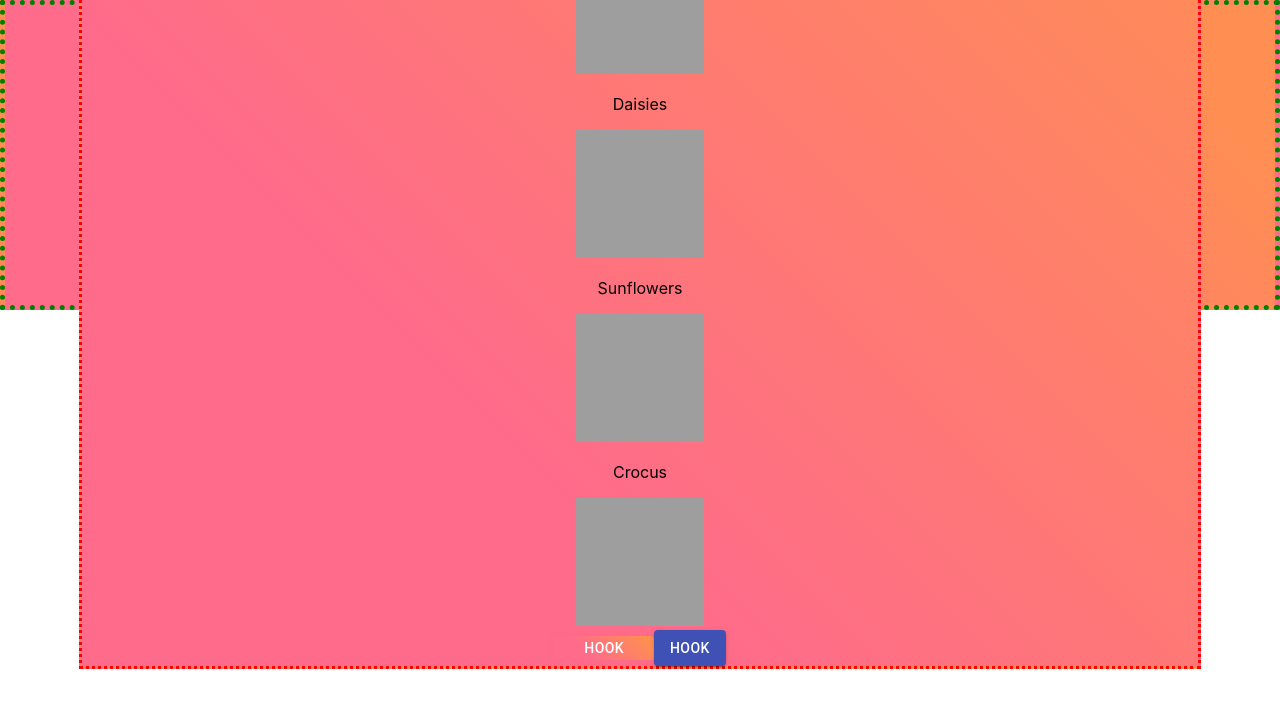
Repository: DevLuDaley/react-flower-shop
Page: /
An editor plug-in stored every save of this project. The page is shown before and after the next save, followed by the edit.
The browser window is 1280 px wide. The pictures show the whole page.
Pictures or frames that could not be fetched are drawn as grey boxes. The project was rebuilt for these pictures with package versions that can differ from the ones it lists, and the page was loaded fresh each time.

Above is the page before, as saved 2021-02-19 21:47:45.

### src/App.js
// import './App.css';
import Grid from '@material-ui/core/Grid';
import Container from '@material-ui/core/Container';
import { makeStyles } from '@material-ui/core/styles';

// // or
// import { Grid } from '@material-ui/core';
//  import FlowerGallery from './components/FlowerGallery'
 import FlowersContainer from './Containers/FlowersContainer'


const useStyles = makeStyles({
  root: {
    background: 'linear-gradient(45deg, #FE6B8B 30%, #FF8E53 90%)',
    display: 'flex',
    justifyContent: 'center',
    alignItems: 'center',
    textAlign: 'center',
    height: '200px',
    border: '5px dotted green',
    padding: '50px'
  },
});

function App() {
  const classes = useStyles();
  return (
    <Grid className={classes.root}>
      <Container>
      <FlowersContainer/>
        {/* <FlowerGallery/> */}
      </Container>
    </Grid>
  );
}

export default App;

### src/Containers/FlowersContainer.js
import React from 'react';
import Grid from '@material-ui/core/Grid';
import Container from '@material-ui/core/Container';
import { makeStyles } from '@material-ui/core/styles';


import FlowerGallery from '../components/FlowerGallery'


const useStyles = makeStyles({
  root: {
    background: 'linear-gradient(45deg, #FE6B8B 30%, #FF8E53 90%)',
    // border: 0,
    // borderRadius: 3,
    // boxShadow: '0 3px 5px 2px rgba(255, 105, 135, .3)',
    // color: 'white',
    // height: "auto",
    padding: '0 30px',
    // display: 'flex',
    justifyContent: 'center',
    alignItems: 'center',
    textAlign: 'center',
    // height: '200px',
    border: '3px dotted red'
  },
});


const FlowersContainer = () => {
    const classes = useStyles();
    return (

        <Grid>
            <Container className={classes.root}>
                <FlowerGallery/>
            </Container>
        </Grid>


     );
}

export default FlowersContainer;

### src/components/FlowerGallery.js
import React from 'react';
import { makeStyles } from '@material-ui/core/styles';

// import FlowerGalleryStyles from './FlowerGalleryStyles'
// import Button from materialmaterial
import Button from '@material-ui/core/Button';
import Container from '@material-ui/core/Container';

const useStyles = makeStyles({
  root: {
    background: 'linear-gradient(45deg, #FE6B8B 30%, #FF8E53 90%)',
    border: 0,
    borderRadius: 3,
    boxShadow: '0 3px 5px 2px rgba(255, 105, 135, .3)',
    color: 'white',
    // height: 48,
    padding: '0 30px',
  },
});

const FlowerGallery = () => {
      const classes = useStyles();
    // const classes = FlowerGalleryStyles()

const flowerList = [
  {id: 1, name: 'Red Roses', imageUrl: 'https://images.unsplash.com/photo-1548094967-e25a127d1f6d?ixid=MXwxMjA3fDB8MHxwaG90by1wYWdlfHx8fGVufDB8fHw%3D&ixlib=rb-1.2.1&auto=format&fit=crop&w=1137&q=80' , rating: 5},
  {id: 2, name: 'Tulips', imageUrl: 'https://images.unsplash.com/photo-1610444028097-40d9858bb44f?ixid=MXwxMjA3fDB8MHxwaG90by1wYWdlfHx8fGVufDB8fHw%3D&ixlib=rb-1.2.1&auto=format&fit=crop&w=1234&q=80', rating: 4},
  {id: 3, name: 'Daisies', imageUrl: 'https://images.unsplash.com/photo-1607061868914-e38515be98cb?ixid=MXwxMjA3fDB8MHxwaG90by1wYWdlfHx8fGVufDB8fHw%3D&ixlib=rb-1.2.1&auto=format&fit=crop&w=1091&q=80', rating: 4},
  {id: 4, name: 'Sunflowers', imageUrl: 'https://images.unsplash.com/photo-1598459832065-1e43b2283799?ixid=MXwxMjA3fDB8MHxzZWFyY2h8Nnx8c3VuZmxvd2VyJTIwYm9xdWV0fGVufDB8fDB8&ixlib=rb-1.2.1&auto=format&fit=crop&w=1200&q=60', rating: 5},
  {id: 5, name: 'Crocus', imageUrl: 'public/images/red-roses-bhttps://images.unsplash.com/photo-1488979246948-f4b573b1fae8?ixid=MXwxMjA3fDB8MHxzZWFyY2h8NXx8Y3JvY3VzfGVufDB8fDB8&ixlib=rb-1.2.1&auto=format&fit=crop&w=1200&q=60', rating: 5}

]

    return (
        <Container>
        <h1>This is a flower Gallery</h1>
        <section className="flower-cards">
        {flowerList ? flowerList.map(flower =>
          <div>
              <p>{flower.name}</p>
              <img src={flower.imageUrl} alt='photo of red roses' style={{width:"128px", height: "128px"}}></img>
          </div>
        )
        : <p className="no-data-message"> No Flowers Yet</p>
        }


        </section>
        <Button className={classes.root}>Hook</Button>
        <Button variant="contained" color="primary">Hook</Button>
      </Container>
      );
}

export default FlowerGallery;
// FlowerGalleryStyles

Loaded but not shown: public/index.html (common file); src/index.js (common file); src/index.css (common file); src/reportWebVitals.js (common file)

After the next save:
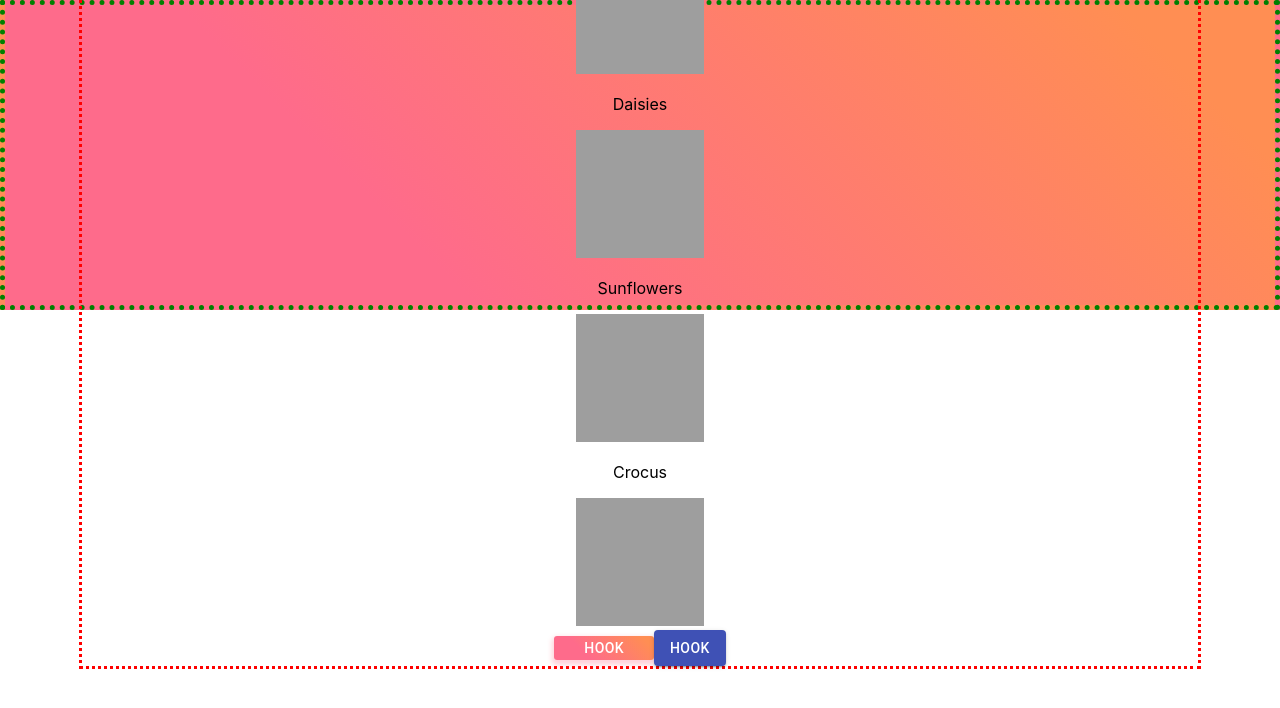
Saved 14 s later.
--- a/src/Containers/FlowersContainer.js
+++ b/src/Containers/FlowersContainer.js
@@ -9,7 +9,7 @@
 
 const useStyles = makeStyles({
   root: {
-    background: 'linear-gradient(45deg, #FE6B8B 30%, #FF8E53 90%)',
+    // background: 'linear-gradient(45deg, #FE6B8B 30%, #FF8E53 90%)',
     // border: 0,
     // borderRadius: 3,
     // boxShadow: '0 3px 5px 2px rgba(255, 105, 135, .3)',

After the 4 saves that followed:
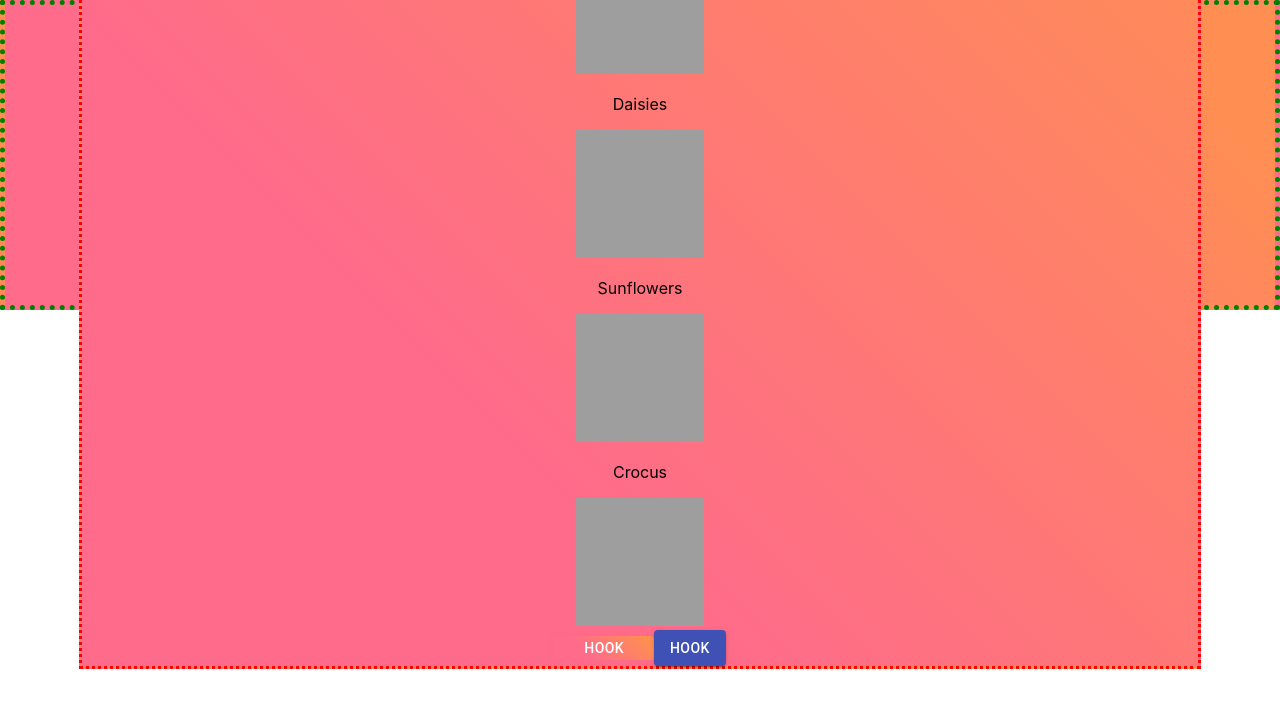
The 4 saves are shown as one change because 2 left the picture as it was and some came seconds apart.
The last was saved 60 s later.
--- a/src/Containers/FlowersContainer.js
+++ b/src/Containers/FlowersContainer.js
@@ -9,7 +9,7 @@
 
 const useStyles = makeStyles({
   root: {
-    // background: 'linear-gradient(45deg, #FE6B8B 30%, #FF8E53 90%)',
+    background: 'linear-gradient(45deg, #FE6B8B 30%, #FF8E53 90%)',
     // border: 0,
     // borderRadius: 3,
     // boxShadow: '0 3px 5px 2px rgba(255, 105, 135, .3)',
